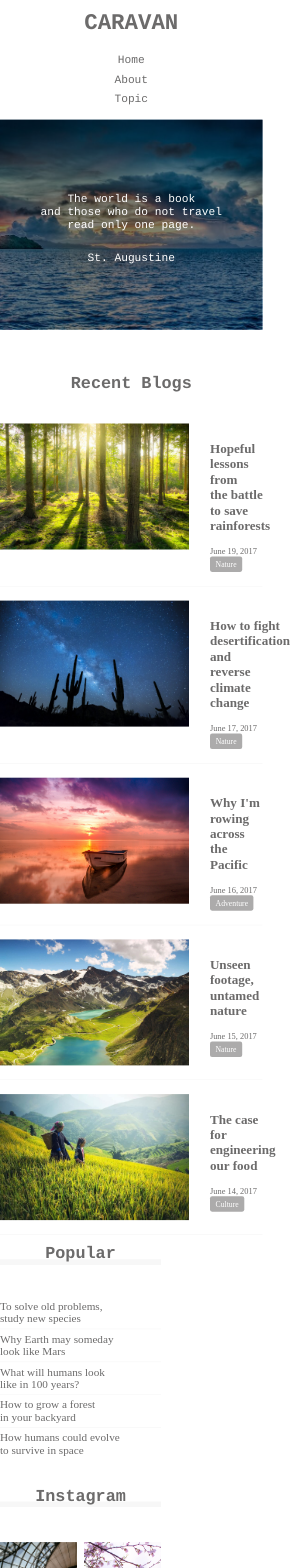
Repository: Risako-Kuse/HTML-CSS
Page: caravan/index.html
The author's editor kept a record of every edit. The page is drawn from the files as they stood at one moment, then again after the next edit.
The browser window is 375 px wide. The page is 414 px wide, then 375 px, so the pictures cover 414 px, including what lies to the right of the window. The pictures show the part of the page from y = 0 to 2240 px (the page is 3118 px tall before and 3221 px after), at 70% of full size.

Above is the page before.

### caravan/index.html
<!DOCTYPE html>
<html lang="ja">
 <head>
  <meta charset="UTF-8"/>
  <!-- CSSファイルの読み込み -->
  <link rel="stylesheet" href="style.css" />
  <title>CARAVAN</title>
 </head>


 <body>
  <!-- header -->
  <header>
    <h1 class="heading">
     <a href="index.html">
      CARAVAN
     </a>
    </h1>
  </header>

   <!-- navigation -->
   <nav>
     <ul class="nav-list">
     <li class="nav-list-item">
      <a href="index.html">Home</a>
     </li>
     <li class="nav-list-item">About</li>
     <li class="nav-list-item">Topic</li>
    </ul>
   </nav>


  <!-- main-visual用のdiv -->
  <div class="main-visual">
    <div class="main-visual-content">
       <!-- pタグ（と文字）を追加 -->
       <p class="main-visual-text">
         The world is a book<br />
         and those who do not travel<br />
         read only one page.
       </p>
       <p class="main-visual-name">
         St. Augustine
       </p>
    </div>
  </div>

  <!-- main用のdiv -->
  <main>
    <section class="blog">
      <h2 class="blog-heading">Recent Blogs</h2>

      <div class="blog-box">
      <div class="blog-item">
       <img class="blog-image" src="img/forest.jpg">
       <section class="blog-text">
        <h3 class="blog-text-heading">
          <a href="single.html">
            Hopeful lessons from<br>
            the battle to save<br>
            rainforests
          </a>
        </h3>
        <p class="blog-date">June 19, 2017</p>
        <span class="category">Nature</span>
        </section>
      </div>
      <div class="blog-item">
        <img class="blog-image" src="img/desert.jpg" />
        <section class="blog-text">
          <h3 class="blog-text-heading">
            <a href="single.html">
               How to fight<br>
               desertification and<br>
               reverse climate change
            </a>
          </h3>
          <p class="blog-date">June 17, 2017</p>
          <span class="category">Nature</span>
         </section>
      </div>
      <div class="blog-item">
        <img class="blog-image" src="img/sunset.jpg" />
        <section class="blog-text">
          <h3 class="blog-text-heading">
            <a href="single.html">
              Why I'm rowing<br>
              across the Pacific
            </a>
          </h3>
          <p class="blog-date">June 16, 2017</p>
          <span class="category">Adventure</span>
         </section>
        </div>
        <div class="blog-item">
         <img class="blog-image" src="img/italy.jpg" />
         <section class="blog-text">
           <h3 class="blog-text-heading">
             <a href="single.html">
               Unseen footage,<br>
               untamed nature
             </a>
            </h3>
            <p class="blog-date">June 15, 2017</p>
            <span class="category">Nature</span>
           </section>
          </div>
          <div class="blog-item">
           <img class="blog-image" src="img/asia.jpg" />
           <section class="blog-text">
            <h3 class="blog-text-heading">
              <a href="single.html">
                The case for<br>
                engineering our food
              </a>
            </h3>
            <p class="blog-date">June 14, 2017</p>
            <span class="category">Culture</span>
           </section>
          </div>
         </div>
        </section>

        <div class="sidebar">
          <section class="popular">
            <h2 class="popular-heading common-heading">Popular</h2>
            <div class="sidebar-contents">
              <p class="popular-text">To solve old problems,<br>study new species</p>
              <p class="popular-text">Why Earth may someday<br>look like Mars</p>
              <p class="popular-text">What will humans look<br>like in 100 years?</p>
              <p class="popular-text">How to grow a forest<br>in your backyard</p>
              <p class="popular-text">How humans could evolve<br>to survive in space</p>
        </div>
      </section>
      <section class="instagram">
        <h2 class="instagram-heading common-heading">Instagram</h2>
        <div class="sidebar-contents">
          <div class="instagram-box"></div>
          <div class="instagram-box"></div>
          <div class="instagram-box"></div>
          <div class="instagram-box"></div>
          <div class="instagram-box"></div>
          <div class="instagram-box"></div>
        </div>
      </section>
      <section class="categories">
        <h2 class="categories-heading common-heading">Categories</h2>
        <div class="sidebar-contents">
          <p class="categories-text">Technology(15)</p>
          <p class="categories-text">Business(23)</p>
          <p class="categories-text">Entertainment(12)</p>
          <p class="categories-text">Nature(32)</p>
          <p class="categories-text">Education(9)</p>
          <p class="categories-text">Adventure(23)</p>
          <p class="categories-text">Communication(14)</p>
        </div>
      </section>
    </div>
  </main>

  <!-- footer -->
  <footer>
    <p class="footer-text">© All rights reserved by Infratop.Inc.</p>
  </footer>
 </body>

</html>

### caravan/style.css
/* ブラウザがそれぞれ持っているCSSをリセットするための記述 */
* {
  margin: 0;
  padding: 0;
  box-sizing: border-box;
  color: #6c6b6b;
}

a {
  text-decoration: none;
}

header, nav, h2, .main-visual, footer {
  font-family: Chalkduster, "Bradley Hand", Courier, "Segoe Print", sans-serif;
}

header {
  width: 90%; /* 横幅90% */
  padding: 15px 0;
  margin: 0 auto;
  text-align: center;
  position: relative;
}

.social i {
  display: inline-block;
  margin-left: 20px;
}

.social {
  position: absolute;
  top: 22px;
  right: 22px;
}

header .heading {
  /* headerタグ内のheadingクラスにのみ反映される */
  font-size: 32px;
}

.nav-list {
  text-align: center;
  padding: 10px 0;
  margin: 0 auto;
}

.nav-list-item {
  list-style: none;
  display: inline-block;
  margin: 0 20px;
}

.main-visual {
  width: 100%; /* 横幅いっぱい */
  height: 300px; /* 高さ300px */
   background-image: url(img/mv.jpg);
   background-size: cover; /* 縦横比を維持したまま背景領域を埋め尽くす */
   background-position: center; /* 背景画像を中央に配置 */
}

.main-visual-content {
  width: 40%; /* 横幅40% */
  height: 300px; /* 親の高さに揃える */
  background-color: rgba( 0, 0, 0, 0.5); /* 背景色を半透明の黒にする */
  text-align: center; /* 文字を中央揃えにする */
  padding-top: 105px; /* 上側の内側余白で垂直方向の位置を調整 */
}

.main-visual-text {
  color: #fff; /* 文字色を白に変更 */
}

.main-visual-name {
  margin-top: 30px; /* 上側の外側の余白 */
  color: #fff; /* 文字色を白に変更 */
}

main {
   width: 800px; /* 横幅800px */
   display: flex; /* Flexboxの利用 */
   justify-content: center; /* 要素の横並び・中央寄せ */
   margin: 0 auto; /* 要素の中央揃え */
   padding: 70px 0; /* 上下に70px、左右に0pxの内側余白 */
}

.blog {
   width: 540px;
   margin-right: 30px; /* 領域の右側余白 */
}

.blog-heading {
  rder-bottom: 8px solid #f7f7f7;
  text-align: center;
  line-height: 0.6;
}

.blog-box {
  padding-top: 50px;
}

.blog-item {
  padding-bottom: 20px;
  margin-bottom: 20px;
  border-bottom: 1px solid #f7f7f7;
  display: flex;
  justify-content: flex-start;
}

.blog-image {
   height: 180px;
}

.blog-text {
  padding: 25px 0 0 30px;
}

.blog-text-heading {
  padding-bottom: 15px;
}

.blog-date {
  font-size: 12px;
  display: inline-block;
}

.category {
  display: inline-block;
  padding: 5px 8px;
  background-color: #acabab;
  border-radius: 3px;
  color: #fff;
  font-size: 11px;
}

.pagination {
  text-align: center;
  padding-top: 50px;
}

.pagination p {
  display: inline-block;
  width: 30px;
  height: 30px;
  margin: 0 5px;
  color: #fff;
  background-color: #acabab;
  border-radius: 3px;
  line-height: 30px;
}

.sidebar {
  width: 230px;
}

.common-heading {
   border-bottom: 8px solid #f7f7f7;
   text-align: center;
   line-height: 0.6;
}

.sidebar-contents {
   padding: 50px 0;
}

.popular-text,
.categories-text {
  padding-bottom: 5px;
  border-bottom: 1px solid #f7f7f7;
  margin-bottom: 5px;
}

.popular-text:last-child,
.categories-text:last-child {
  margin: 0;
  padding: 0;
  border: none;
}

.instagram .sidebar-contents {
  display: flex;
  flex-wrap: wrap;
}

.instagram-box {
  width: 110px;
  padding-top: 110px;
  background-size: cover;
  background-position: center;
  margin-bottom: 10px;
}

.instagram-box:nth-child(odd) {
  margin: 0 10px 10px 0;
}

.instagram-box:nth-child(odd) {
   argin-right: 10px;
}

.instagram-box:nth-child(1) {
  background-image: url(img/airport.jpg);
}

.instagram-box:nth-child(2) {
  background-image: url(img/japan.jpg);
}

.instagram-box:nth-child(3) {
  background-image: url(img/snow.jpg);
}

.instagram-box:nth-child(4) {
  background-image: url(img/japan2.jpg);
}

.instagram-box:nth-child(5) {
  background-image: url(img/lake.jpg);
}

.instagram-box:nth-child(6) {
  background-image: url(img/road.jpg);
}

footer {
   width: 100%; /* 横幅いっぱい */
   height: 120px; /* 高さ120px */
   text-align: center;
   line-height: 120px;
   background-color: #848282;
}

.footer-text {
   color: #fff;
}


@media screen and (max-width: 425px) {
 header {
   width: 100%;
  }

 .nav-list {
   width: 100%;
  }

 .nav-list-item {
   width: 100%;
   margin: 0 0 10px 0;
  }

.social {
   display: none;
 }

.main-visual-content {
   width: 100%;
 }

 main {
   width: 100%;
   display: block;
 }

 .blog {
   width: 100%;
    margin: 0;
  }

After the next edit:
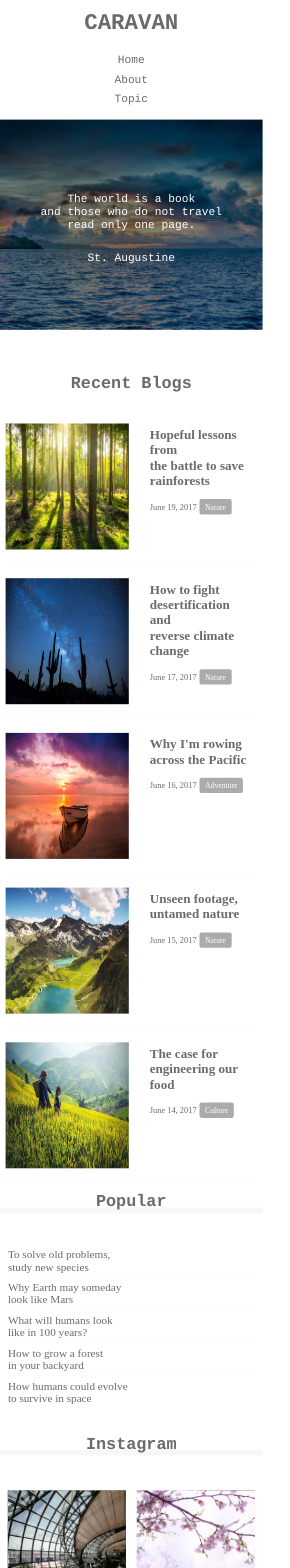
The edit:
--- a/caravan/style.css
+++ b/caravan/style.css
@@ -263,5 +263,42 @@
 
  .blog {
    width: 100%;
-    margin: 0;
-  }
+   margin: 0;
+ }
+
+ .blog-box {
+   padding-left: 2%;
+   padding-right: 2%;
+ }
+
+ .blog-image {
+   width: 49%;
+ }
+
+ .blog-text {
+   width: 49%;
+   padding-top: 5px;
+ }
+
+ .sidebar {
+   width: 100%;
+ }
+
+ .sidebar-contents {
+   padding-left: 3%;
+   padding-right: 3%;
+ }
+
+ .instagram-box {
+   width: 48%;
+   padding-top: 48%;
+ }
+
+ .instagram-box:nth-child(odd) {
+   margin-right: 4%;
+ }
+
+ .pagination {
+   margin-bottom: 50px;
+ }
+}
